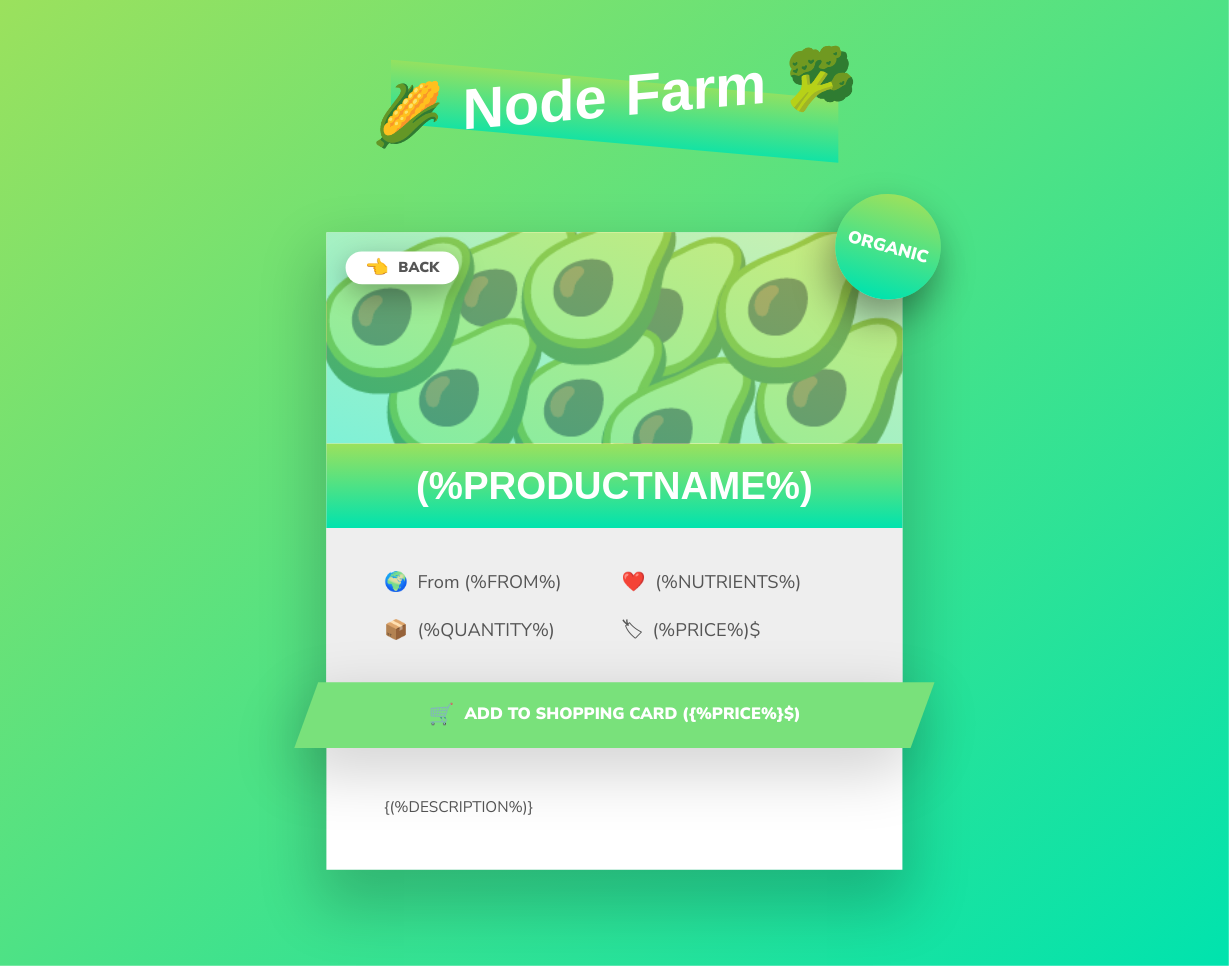
Repository: smit1298/complete-node-bootcamp
Page: node-farm/starter/templates/product.html
An editor plug-in stored every save of this project. The page is shown before and after the next save, followed by the edit.
The browser window is 1280 px wide. The pictures show the whole page, at 96% of full size.
Some web fonts or font styles are not loaded; a fallback is used.

Above is the page before, as saved 2021-07-21 13:06:18.

### node-farm/starter/templates/product.html
<!DOCTYPE html>
<html lang="en">
  <head>
    <meta charset="UTF-8" />
    <meta name="viewport" content="width=device-width, initial-scale=1.0" />
    <meta http-equiv="X-UA-Compatible" content="ie=edge" />
    <link
      href="https://fonts.googleapis.com/css?family=Megrim|Nunito+Sans:400,900"
      rel="stylesheet"
    />
    <link
      rel="icon"
      href="https://emojipedia-us.s3.dualstack.us-west-1.amazonaws.com/thumbs/240/apple/155/ear-of-maize_1f33d.png"
    />

    <title>Fresh Avocados 🥑 /// NODE FARM</title>

    <style>
      *,
      *::before,
      *::after {
        margin: 0;
        padding: 0;
        box-sizing: inherit;
      }

      html {
        font-size: 62.5%;
        box-sizing: border-box;
      }

      body {
        padding: 5rem 5rem 10rem;
        line-height: 1.7;
        font-family: "Nunito Sans", sans-serif;
        color: #555;
        min-height: 100vh;
        background: linear-gradient(to bottom right, #9be15d, #00e3ae);
      }

      h1 {
        font-family: "Megrim", sans-serif;
        font-size: 6rem;
        color: white;
        transform: skewY(-5deg);
        text-align: center;
        position: relative;
        word-spacing: 3px;
      }

      h1::before {
        content: "";
        display: block;
        height: 65%;
        width: 49%;
        position: absolute;
        top: 105%;
        left: 50%;
        background: linear-gradient(to bottom, #9be15d, #00e3ae);
        opacity: 0.8;
        z-index: -1;
        transform: skewY(370deg) translate(-50%, -50%);
      }

      .container {
        width: 95rem;
        margin: 0 auto;
      }

      .product {
        width: 60rem;
        margin: 0 auto;
        margin-top: 9rem;
        background: white;
        box-shadow: 0 3rem 6rem 1rem rgba(0, 0, 0, 0.2);
        position: relative;
      }

      .product__hero {
        position: relative;
        height: 22rem;
        overflow: hidden;
      }

      .product__hero::before {
        content: "";
        display: block;
        height: 100%;
        width: 100%;
        position: absolute;
        top: 0;
        left: 0;
        background-image: linear-gradient(to left bottom, #9be15d, #00e3ae);
        opacity: 0.5;
        z-index: 100;
      }

      .product__emoji {
        font-size: 15rem;
        position: absolute;
      }

      .product__emoji--1 {
        top: -4rem;
        left: -2rem;
        z-index: 10;
      }

      .product__emoji--2 {
        top: -6rem;
        left: 9rem;
      }

      .product__emoji--3 {
        top: -4rem;
        right: 15rem;
      }

      .product__emoji--4 {
        top: -5rem;
        right: 2rem;
        z-index: 10;
      }

      .product__emoji--5 {
        bottom: -9rem;
        left: 18rem;
      }

      .product__emoji--6 {
        bottom: -8rem;
        left: 5rem;
      }

      .product__emoji--7 {
        bottom: -12rem;
        right: 14rem;
      }

      .product__emoji--8 {
        bottom: -8rem;
        right: -2rem;
      }

      .product__emoji--9 {
        top: -7rem;
        left: 19rem;
      }

      .product__organic {
        position: absolute;
        top: -4rem;
        right: -4rem;
        z-index: 1000;
        height: 11rem;
        width: 11rem;
        background-image: linear-gradient(to bottom, #9be15d, #00e3ae);
        border-radius: 50%;
        transform: rotate(15deg);
        box-shadow: 0 2rem 4rem rgba(0, 0, 0, 0.4);
        display: flex;
        align-items: center;
        justify-content: center;
      }

      .product__organic h5 {
        font-weight: 900;
        text-transform: uppercase;
        font-size: 1.8rem;
        color: white;
      }

      .product__back:link,
      .product__back:visited {
        position: absolute;
        top: 2rem;
        left: 2rem;
        font-size: 1.5rem;
        font-weight: 700;
        text-transform: uppercase;
        text-decoration: none;
        z-index: 1000;
        color: #555;
        background-color: white;
        box-shadow: 0 1rem 3rem rgba(0, 0, 0, 0.3);
        border-radius: 100rem;
        padding: 0 2rem;
        transition: all 0.3s;
        display: flex;
        align-items: center;
      }

      .product__back:hover,
      .product__back:active {
        background-color: #79e17b;
      }

      .product__name {
        background: linear-gradient(to bottom, #9be15d, #00e3ae);
        padding: 1rem;
        font-family: "Megrim", sans-serif;
        font-size: 4rem;
        color: white;
        text-align: center;
        word-spacing: 2px;
      }

      .product__details {
        background-color: #eee;
        padding: 4rem 6rem;
        font-size: 1.9rem;
        display: grid;
        grid-template-columns: 1fr 1fr;
        grid-gap: 1.5rem;
      }

      .product__description {
        padding: 5rem 6rem;
        font-size: 1.6rem;
        line-height: 1.8;
      }

      .product__link:link,
      .product__link:visited {
        display: block;
        background-color: #79e17b;
        color: white;
        font-size: 1.6rem;
        font-weight: 700;
        text-transform: uppercase;
        text-decoration: none;
        padding: 1.5rem;
        text-align: center;
        transform: scale(1.07) skewX(-20deg);
        box-shadow: 0 2rem 6rem rgba(0, 0, 0, 0.2);
        display: flex;
        align-items: center;
        justify-content: center;
        transition: all 0.3s;
      }

      .product__link:hover,
      .product__link:active {
        background-color: #9be15d;
        transform: scale(1.1) skewX(-20deg);
      }

      .product__link span {
        transform: skewX(20deg);
      }

      .emoji-left {
        font-size: 2rem;
        margin-right: 1rem;
      }

      .emoji-right {
        font-size: 2rem;
        margin-left: 1rem;
      }

      .not-organic {
        display: none;
      }
    </style>
  </head>

  <body>
    <div class="container">
      <h1>🌽 Node Farm 🥦</h1>

      <figure class="product">
        <div class="product__organic"><h5>Organic</h5></div>
        <a href="#" class="product__back">
          <span class="emoji-left">👈</span>Back
        </a>
        <div class="product__hero">
          <span class="product__emoji product__emoji--1">🥑</span>
          <span class="product__emoji product__emoji--2">🥑</span>
          <span class="product__emoji product__emoji--3">🥑</span>
          <span class="product__emoji product__emoji--4">🥑</span>
          <span class="product__emoji product__emoji--5">🥑</span>
          <span class="product__emoji product__emoji--6">🥑</span>
          <span class="product__emoji product__emoji--7">🥑</span>
          <span class="product__emoji product__emoji--8">🥑</span>
          <span class="product__emoji product__emoji--9">🥑</span>
        </div>
        <h2 class="product__name">(%PRODUCTNAME%)</h2>
        <div class="product__details">
          <p><span class="emoji-left">🌍</span>From (%FROM%)</p>
          <p><span class="emoji-left">❤️</span>(%NUTRIENTS%)</p>
          <p><span class="emoji-left">📦</span>(%QUANTITY%)</p>
          <p><span class="emoji-left">🏷</span>(%PRICE%)$</p>
        </div>

        <a href="#" class="product__link">
          <span class="emoji-left">🛒</span>
          <span>Add to shopping card ({%PRICE%}$)</span>
        </a>

        <p class="product__description">{(%DESCRIPTION%)}</p>
      </figure>
    </div>
  </body>
</html>

After the next save:
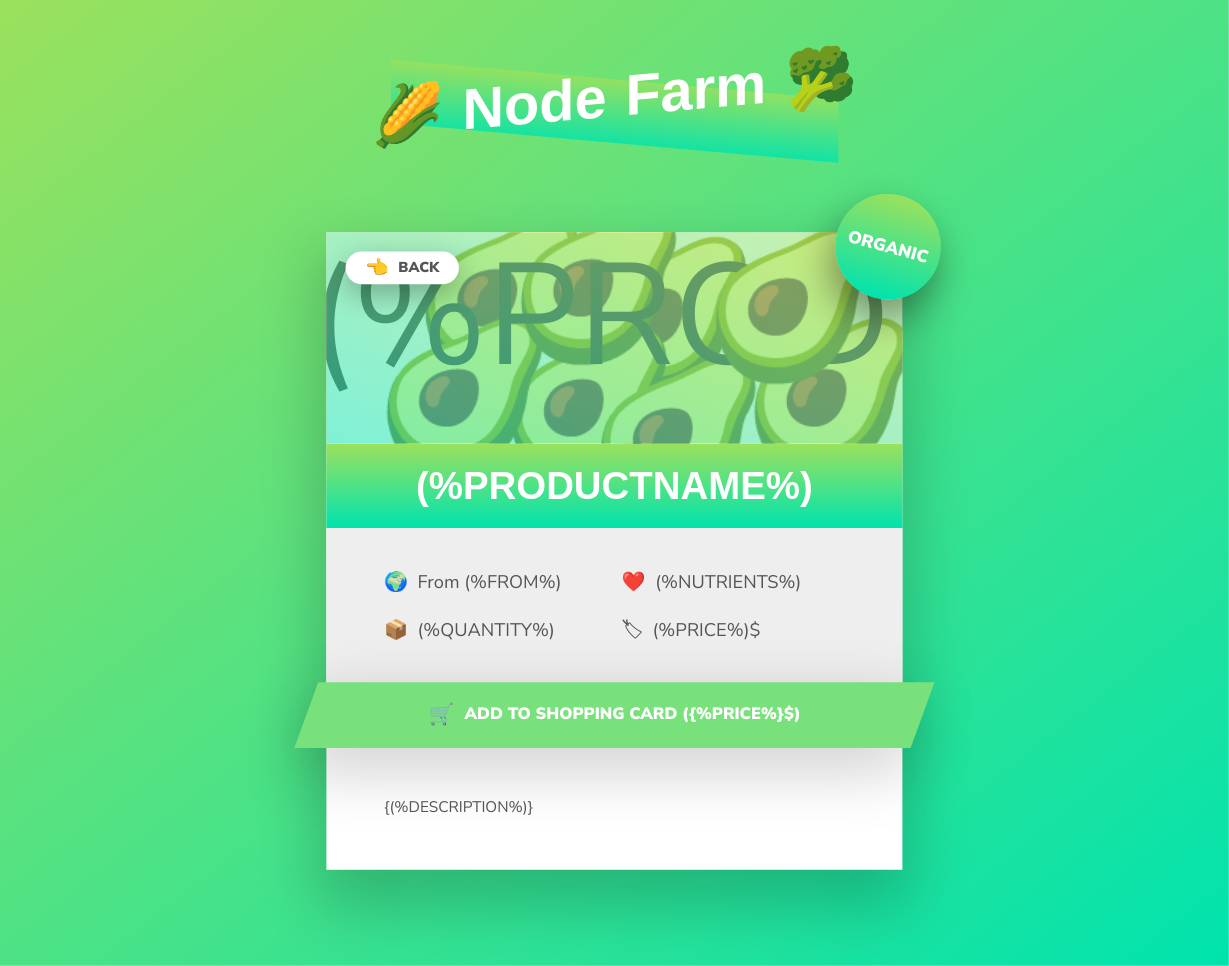
Saved 7 s later.
--- a/node-farm/starter/templates/product.html
+++ b/node-farm/starter/templates/product.html
@@ -275,7 +275,7 @@
           <span class="emoji-left">👈</span>Back
         </a>
         <div class="product__hero">
-          <span class="product__emoji product__emoji--1">🥑</span>
+          <span class="product__emoji product__emoji--1">(%PRODUCTNAME%)</span>
           <span class="product__emoji product__emoji--2">🥑</span>
           <span class="product__emoji product__emoji--3">🥑</span>
           <span class="product__emoji product__emoji--4">🥑</span>
